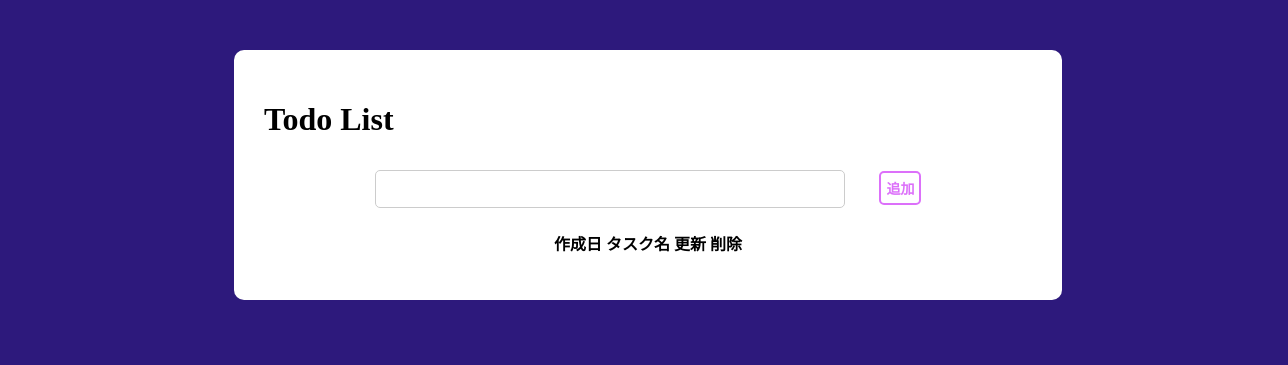
Repository: oninopantsu/20210529onoma
Page: http://localhost/todo/create
These files come from the project's save history. The page is drawn as it stood at one moment and after a run of saves; the edit follows.
The browser window is 1280 px wide. The page is 1288 px wide, so the pictures cover 1288 px, including what lies to the right of the window. The pictures show the whole page.
The page is served by the project's Laravel application, run on PHP 8.4 with Laravel 8. Queries for data that is not in the repository find no rows.

Above is the page before, as saved 2021-06-06 04:37:16.

After the next 2 saves:
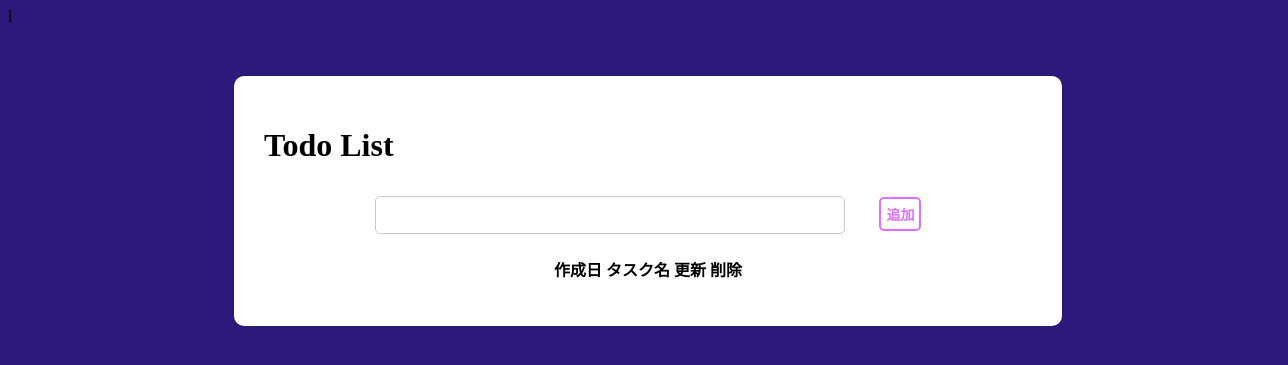
The 2 saves are shown as one change because they came seconds apart.
The last was saved 59 s later.
--- a/resources/views/index.blade.php
+++ b/resources/views/index.blade.php
@@ -5,6 +5,7 @@
   <meta charset="UTF-8">
   <meta http-equiv="X-UA-Compatible" content="IE=edge">
   <meta name="viewport" content="width=device-width, initial-scale=1.0">
+  l
   <title>@yield('title')</title>
   <style>
     body {
